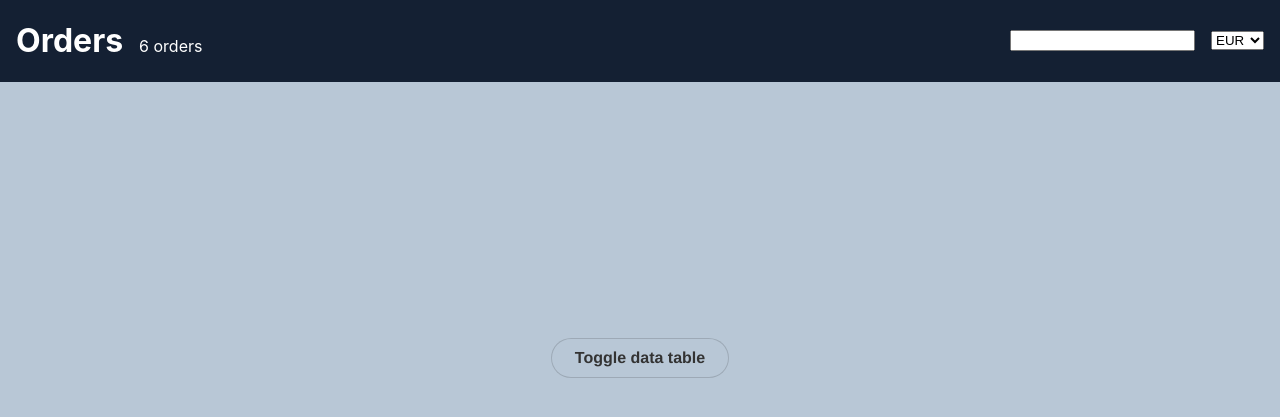
Repository: PreetiToppo/Assignment_Question_1
Page: /
The author's editor kept a copy of each file at every save. The page is drawn from the files as they stood at one save, then again after the next save.
The browser window is 1280 px wide. The pictures show the whole page.
The project was rebuilt for these pictures with package versions that can differ from the ones it lists, and the page was loaded fresh each time. Also part of the build but not shown: src/component/list/ListRow.module.css, src/component/list/ListRow.jsx, src/component/list/ListRowCell.module.css, src/component/list/ListRowCell.jsx, src/component/list/ListHeader.jsx, src/component/list/ListHeaderCell.module.css, src/component/list/ListHeaderCell.jsx, src/component/list/List.module.css and 3 more.

Above is the page before, as saved 2023-08-06 14:52:37.

### src/pages/Dashboard.jsx
import { useState } from "react";

// Data
import mockData from "../assets/data.json";
import timestamps from "../assets/timeStamps.json";

// Components
import Dropdown from "../component/dropdown/Dropdown";
import HeaderTitle from "../component/header-title/HeaderTitle";
import Search from "../component/search/Search";
import List from "../component/list/List";
import StoryBookButton from "../stories/Button";

// Styles
import styles from "./Dashboard.module.css";
import Card from "../component/card/Card";

const Dashboard = () => {
  const [currency, setCurrency] = useState("EUR");
  const [searchText, setSearchText] = useState("");
  const [selectedOrder, setSelectedOrder] = useState(null);
  const [selectedOrderDetails, setSelectedOrderDetails] = useState({});
  const [selectedOrderTimeStamps, setSelectedOrderTimeStamps] = useState({});
  const [showPage, setShowPage] = useState(false);

  const mergedData = mockData.results.map((order, index) => {
    const timestampsData = timestamps.results[index]?.timestamps;
    if (timestampsData) {
      return { ...order, timestamps: timestampsData };
    }
    return order;
  });

  const handleClick = (order) => {
    setSelectedOrder(order);
    setSelectedOrderDetails({
      buySellIndicator: order.executionDetails.buySellIndicator,
      orderStatus: order.executionDetails.orderStatus,
      orderType: order.executionDetails.orderType,
    });

    setSelectedOrderTimeStamps({
      orderReceived: order.timestamps.orderReceived,
      orderStatusUpdated: order.timestamps.orderStatusUpdated,
      orderSubmitted: order.timestamps.orderSubmitted,
    });
  };

  const messageComponent = () => {
    setShowPage(!showPage);
  };

  return (
    <div>
      <div className={styles.header}>
        <HeaderTitle
          primaryTitle="Orders"
          secondaryTitle={`${mockData.results.length}
          orders`}
        />
        <div className={styles.actionBox}>
          <Search
            value={searchText}
            onChange={(e) => setSearchText(e.target.value)}
          />
          <Dropdown
            options={[
              "GBP",
              "USD",
              "JPY",
              "EUR",
              "AUD",
              "BGN",
              "BRL",
              "CAD",
              "CHF",
              "CNY",
              "DKK",
              "HKD",
              "HRK",
              "HUF",
              "IDR",
              "ILS",
              "KRW",
              "MXN",
              "MYR",
              "NOL",
              "NZD",
              "PHP",
              "PLN",
              "RON",
              "SEK",
              "SGD",
              "THB",
              "TRY",
              "ZAR",
            ]}
            onChange={(e) => setCurrency(e.target.value)}
            selectedItem={currency}
          />
        </div>
      </div>
      {showPage ? (
        <div className={styles.content}>
          <div className={styles.section}>
            {selectedOrder && (
              <>
                <Card
                  cardData={selectedOrderDetails}
                  title="Selected Order Details"
                />
                <Card
                  cardData={selectedOrderTimeStamps}
                  title="Selected Order Timestamps"
                />
              </>
            )}
          </div>
          <List
            rows={mergedData}
            currency={currency}
            search={searchText}
            onItemClick={handleClick}
          />
        </div>
      ) : (
        <div className={styles.toggleButton}>
          <StoryBookButton
            primary={false}
            size="large"
            label="Toggle data table"
            onClick={messageComponent}
          />
        </div>
      )}
    </div>
  );
};

export default Dashboard;

### src/assets/data.json
{
  "header": {
    "returnedHits": 6,
    "totalHits": 151839,
    "skippedHits": 0,
    "previousSearchBefore": null,
    "nextSearchAfter": "WzE2Njc1NzU1NjAwMDBd",
    "offset": null
  },
  "results": [
    {
      "&hash": "f29403974dbdc9ce054b879d572610359a9f3d2d2531df63df8233a2ea879c78",
      "&id": "SE|20221104|179|9:1:NEWO",
      "&key": "Order:SE|20221104|179|9:1:NEWO:1667901986951",
      "&model": "Order",
      "executionDetails": {
        "buySellIndicator": "BUYI",
        "orderStatus": "NEWO",
        "orderType": "Market"
      },
      "statsDetails": {
        "avgVsArrivalPrice": 0.0,
        "avgArrivalPrice": 0.0,
        "avgVsMktPrice": 0.0,
        "avgMktPrice": 0.0,
        "avgVsBidAskSpread": 0.0,
        "avgBidAskSpread": 0.0,
        "avgVsClosePrice": 0.0,
        "avgClosePrice": 0.0,
        "avgVsInternalTwap": 0.0,
        "avgInternalTwap": 0.0,
        "avgVsInternalVwap": 0.0,
        "avgInternalVwap": 0.0,
        "avgVsMidPrice": 0.0,
        "avgMidPrice": 0.0,
        "avgVsMovingVwap": 0.0,
        "avgMovingVwap": 0.0,
        "avgVsTouchPrice": 0.0,
        "avgTouchPrice": 0.0,
        "avgVsOpenPrice": 0.0,
        "avgOpenPrice": 0.0,
        "avgVsVwap": 0.0,
        "avgVwap": 0.0,
        "avgPrice": 91.369091993762,
        "tradedQuantity": 195875.0,
        "amends": 0,
        "fills": 1,
        "lifeCycle": 1,
        "lastFillTime": 1667575741000
      },
      "bestExecutionData": {
        "orderVolume": {
          "AUD": 27757268.61955961,
          "BGN": 35456642.91433263,
          "BRL": 90068357.36117567,
          "CAD": 24203990.159998715,
          "CHF": 17880604.819718923,
          "CNY": 128523532.2000561,
          "CZK": 442745747.64998025,
          "DKK": 134913994.73574597,
          "EUR": 18128971.732453536,
          "GBP": 15858861.892115705,
          "HKD": 140486840.6463022,
          "HRK": 136607240.69555715,
          "HUF": 7272437010.473736,
          "IDR": 280850585574.541,
          "ILS": 63569239.379848324,
          "INR": 1468809289.7633855,
          "JPY": 2632145405.834929,
          "KRW": 25338863790.45031,
          "MXN": 349183937.43596077,
          "MYR": 84974116.30435622,
          "NOK": 184949956.71731773,
          "NZD": 30400472.698151335,
          "PHP": 1045534057.7540603,
          "PLN": 84888910.13721369,
          "RON": 88637981.49148509,
          "SEK": 196768233.3897042,
          "SGD": 25182954.633551206,
          "THB": 669067830.7579302,
          "TRY": 333292080.815292,
          "USD": 17896920.89427813,
          "ZAR": 322664877.5857278
        }
      },
      "transactionDetails": {
        "buySellIndicator": "BUYI",
        "priceCurrency": "USD",
        "priceNotation": "MONE",
        "quantityCurrency": "USD",
        "quantityNotation": "UNIT",
        "tradingCapacity": "AOTC",
        "ultimateVenue": "XNGS",
        "venue": "XNGS"
      }
    },
    {
      "&hash": "f29403974dbdc9ce054b879d572610359a9f3d2d2531df63df8233a2ea879c78",
      "&id": "SE|20221104|180|9:1:NEWO",
      "&key": "Order:SE|20221104|180|9:1:NEWO:1667901986951",
      "&model": "Order",
      "executionDetails": {
        "buySellIndicator": "BUYI",
        "orderStatus": "NEWO",
        "orderType": "Market"
      },
      "statsDetails": {
        "avgVsArrivalPrice": 0.0,
        "avgArrivalPrice": 0.0,
        "avgVsMktPrice": 0.0,
        "avgMktPrice": 0.0,
        "avgVsBidAskSpread": 0.0,
        "avgBidAskSpread": 0.0,
        "avgVsClosePrice": 0.0,
        "avgClosePrice": 0.0,
        "avgVsInternalTwap": 0.0,
        "avgInternalTwap": 0.0,
        "avgVsInternalVwap": 0.0,
        "avgInternalVwap": 0.0,
        "avgVsMidPrice": 0.0,
        "avgMidPrice": 0.0,
        "avgVsMovingVwap": 0.0,
        "avgMovingVwap": 0.0,
        "avgVsTouchPrice": 0.0,
        "avgTouchPrice": 0.0,
        "avgVsOpenPrice": 0.0,
        "avgOpenPrice": 0.0,
        "avgVsVwap": 0.0,
        "avgVwap": 0.0,
        "avgPrice": 91.369091993762,
        "tradedQuantity": 195875.0,
        "amends": 0,
        "fills": 1,
        "lifeCycle": 1,
        "lastFillTime": 1667575741000
      },
      "bestExecutionData": {
        "orderVolume": {
          "AUD": 27757268.61955961,
          "BGN": 35456642.91433263,
          "BRL": 90068357.36117567,
          "CAD": 24203990.159998715,
          "CHF": 17880604.819718923,
          "CNY": 128523532.2000561,
          "CZK": 442745747.64998025,
          "DKK": 134913994.73574597,
          "EUR": 18128971.732453536,
          "GBP": 15858861.892115705,
          "HKD": 140486840.6463022,
          "HRK": 136607240.69555715,
          "HUF": 7272437010.473736,
          "IDR": 280850585574.541,
          "ILS": 63569239.379848324,
          "INR": 1468809289.7633855,
          "JPY": 2632145405.834929,
          "KRW": 25338863790.45031,
          "MXN": 349183937.43596077,
          "MYR": 84974116.30435622,
          "NOK": 184949956.71731773,
          "NZD": 30400472.698151335,
          "PHP": 1045534057.7540603,
          "PLN": 84888910.13721369,
          "RON": 88637981.49148509,
          "SEK": 196768233.3897042,
          "SGD": 25182954.633551206,
          "THB": 669067830.7579302,
          "TRY": 333292080.815292,
          "USD": 17896920.89427813,
          "ZAR": 322664877.5857278
        }
      },
      "transactionDetails": {
        "buySellIndicator": "BUYI",
        "priceCurrency": "USD",
        "priceNotation": "MONE",
        "quantityCurrency": "USD",
        "quantityNotation": "UNIT",
        "tradingCapacity": "AOTC",
        "ultimateVenue": "XNGS",
        "venue": "XNGS"
      }
    },
    {
      "&hash": "f29403974dbdc9ce054b879d572610359a9f3d2d2531df63df8233a2ea879c78",
      "&id": "SE|20221104|181|9:1:NEWO",
      "&key": "Order:SE|20221104|181|9:1:NEWO:1667901986951",
      "&model": "Order",
      "executionDetails": {
        "buySellIndicator": "BUYI",
        "orderStatus": "NEWO",
        "orderType": "Market"
      },
      "statsDetails": {
        "avgVsArrivalPrice": 0.0,
        "avgArrivalPrice": 0.0,
        "avgVsMktPrice": 0.0,
        "avgMktPrice": 0.0,
        "avgVsBidAskSpread": 0.0,
        "avgBidAskSpread": 0.0,
        "avgVsClosePrice": 0.0,
        "avgClosePrice": 0.0,
        "avgVsInternalTwap": 0.0,
        "avgInternalTwap": 0.0,
        "avgVsInternalVwap": 0.0,
        "avgInternalVwap": 0.0,
        "avgVsMidPrice": 0.0,
        "avgMidPrice": 0.0,
        "avgVsMovingVwap": 0.0,
        "avgMovingVwap": 0.0,
        "avgVsTouchPrice": 0.0,
        "avgTouchPrice": 0.0,
        "avgVsOpenPrice": 0.0,
        "avgOpenPrice": 0.0,
        "avgVsVwap": 0.0,
        "avgVwap": 0.0,
        "avgPrice": 91.369091993762,
        "tradedQuantity": 195875.0,
        "amends": 0,
        "fills": 1,
        "lifeCycle": 1,
        "lastFillTime": 1667575741000
      },
      "bestExecutionData": {
        "orderVolume": {
          "AUD": 27757268.61955961,
          "BGN": 35456642.91433263,
          "BRL": 90068357.36117567,
          "CAD": 24203990.159998715,
          "CHF": 17880604.819718923,
          "CNY": 128523532.2000561,
          "CZK": 442745747.64998025,
          "DKK": 134913994.73574597,
          "EUR": 18128971.732453536,
          "GBP": 15858861.892115705,
          "HKD": 140486840.6463022,
          "HRK": 136607240.69555715,
          "HUF": 7272437010.473736,
          "IDR": 280850585574.541,
          "ILS": 63569239.379848324,
          "INR": 1468809289.7633855,
          "JPY": 2632145405.834929,
          "KRW": 25338863790.45031,
          "MXN": 349183937.43596077,
          "MYR": 84974116.30435622,
          "NOK": 184949956.71731773,
          "NZD": 30400472.698151335,
          "PHP": 1045534057.7540603,
          "PLN": 84888910.13721369,
          "RON": 88637981.49148509,
          "SEK": 196768233.3897042,
          "SGD": 25182954.633551206,
          "THB": 669067830.7579302,
          "TRY": 333292080.815292,
          "USD": 17896920.89427813,
          "ZAR": 322664877.5857278
        }
      },
      "transactionDetails": {
        "buySellIndicator": "BUYI",
        "priceCurrency": "USD",
        "priceNotation": "MONE",
        "quantityCurrency": "USD",
        "quantityNotation": "UNIT",
        "tradingCapacity": "AOTC",
        "ultimateVenue": "XNGS",
        "venue": "XNGS"
      }
    },
    {
      "&hash": "f29403974dbdc9ce054b879d572610359a9f3d2d2531df63df8233a2ea879c78",
      "&id": "SE|20221104|182|9:1:NEWO",
      "&key": "Order:SE|20221104|182|9:1:NEWO:1667901986951",
      "&model": "Order",
      "executionDetails": {
        "buySellIndicator": "BUYI",
        "orderStatus": "NEWO",
        "orderType": "Market"
      },
      "statsDetails": {
        "avgVsArrivalPrice": 0.0,
        "avgArrivalPrice": 0.0,
        "avgVsMktPrice": 0.0,
        "avgMktPrice": 0.0,
        "avgVsBidAskSpread": 0.0,
        "avgBidAskSpread": 0.0,
        "avgVsClosePrice": 0.0,
        "avgClosePrice": 0.0,
        "avgVsInternalTwap": 0.0,
        "avgInternalTwap": 0.0,
        "avgVsInternalVwap": 0.0,
        "avgInternalVwap": 0.0,
        "avgVsMidPrice": 0.0,
        "avgMidPrice": 0.0,
        "avgVsMovingVwap": 0.0,
        "avgMovingVwap": 0.0,
        "avgVsTouchPrice": 0.0,
        "avgTouchPrice": 0.0,
        "avgVsOpenPrice": 0.0,
        "avgOpenPrice": 0.0,
        "avgVsVwap": 0.0,
        "avgVwap": 0.0,
        "avgPrice": 91.369091993762,
        "tradedQuantity": 195875.0,
        "amends": 0,
        "fills": 1,
        "lifeCycle": 1,
        "lastFillTime": 1667575741000
      },
      "bestExecutionData": {
        "orderVolume": {
          "AUD": 27757268.61955961,
          "BGN": 35456642.91433263,
          "BRL": 90068357.36117567,
          "CAD": 24203990.159998715,
          "CHF": 17880604.819718923,
          "CNY": 128523532.2000561,
          "CZK": 442745747.64998025,
          "DKK": 134913994.73574597,
          "EUR": 18128971.732453536,
          "GBP": 15858861.892115705,
          "HKD": 140486840.6463022,
          "HRK": 136607240.69555715,
          "HUF": 7272437010.473736,
          "IDR": 280850585574.541,
          "ILS": 63569239.379848324,
          "INR": 1468809289.7633855,
          "JPY": 2632145405.834929,
          "KRW": 25338863790.45031,
          "MXN": 349183937.43596077,
          "MYR": 84974116.30435622,
          "NOK": 184949956.71731773,
          "NZD": 30400472.698151335,
          "PHP": 1045534057.7540603,
          "PLN": 84888910.13721369,
          "RON": 88637981.49148509,
          "SEK": 196768233.3897042,
          "SGD": 25182954.633551206,
          "THB": 669067830.7579302,
          "TRY": 333292080.815292,
          "USD": 17896920.89427813,
          "ZAR": 322664877.5857278
        }
      },
      "transactionDetails": {
        "buySellIndicator": "BUYI",
        "priceCurrency": "USD",
        "priceNotation": "MONE",
        "quantityCurrency": "USD",
        "quantityNotation": "UNIT",
        "tradingCapacity": "AOTC",
        "ultimateVenue": "XNGS",
        "venue": "XNGS"
      }
    },
    {
      "&hash": "f29403974dbdc9ce054b879d572610359a9f3d2d2531df63df8233a2ea879c78",
      "&id": "SE|20221104|183|9:1:NEWO",
      "&key": "Order:SE|20221104|183|9:1:NEWO:1667901986951",
      "&model": "Order",
      "executionDetails": {
        "buySellIndicator": "BUYI",
        "orderStatus": "NEWO",
        "orderType": "Market"
      },
      "statsDetails": {
        "avgVsArrivalPrice": 0.0,
        "avgArrivalPrice": 0.0,
        "avgVsMktPrice": 0.0,
        "avgMktPrice": 0.0,
        "avgVsBidAskSpread": 0.0,
        "avgBidAskSpread": 0.0,
        "avgVsClosePrice": 0.0,
        "avgClosePrice": 0.0,
        "avgVsInternalTwap": 0.0,
        "avgInternalTwap": 0.0,
        "avgVsInternalVwap": 0.0,
        "avgInternalVwap": 0.0,
        "avgVsMidPrice": 0.0,
        "avgMidPrice": 0.0,
        "avgVsMovingVwap": 0.0,
        "avgMovingVwap": 0.0,
        "avgVsTouchPrice": 0.0,
        "avgTouchPrice": 0.0,
        "avgVsOpenPrice": 0.0,
        "avgOpenPrice": 0.0,
        "avgVsVwap": 0.0,
        "avgVwap": 0.0,
        "avgPrice": 91.369091993762,
        "tradedQuantity": 195875.0,
        "amends": 0,
        "fills": 1,
        "lifeCycle": 1,
        "lastFillTime": 1667575741000
      },
      "bestExecutionData": {
        "orderVolume": {
          "AUD": 27757268.61955961,
          "BGN": 35456642.91433263,
          "BRL": 90068357.36117567,
          "CAD": 24203990.159998715,
          "CHF": 17880604.819718923,
          "CNY": 128523532.2000561,
          "CZK": 442745747.64998025,
          "DKK": 134913994.73574597,
          "EUR": 18128971.732453536,
          "GBP": 15858861.892115705,
          "HKD": 140486840.6463022,
          "HRK": 136607240.69555715,
          "HUF": 7272437010.473736,
          "IDR": 280850585574.541,
          "ILS": 63569239.379848324,
          "INR": 1468809289.7633855,
          "JPY": 2632145405.834929,
          "KRW": 25338863790.45031,
          "MXN": 349183937.43596077,
          "MYR": 84974116.30435622,
          "NOK": 184949956.71731773,
          "NZD": 30400472.698151335,
          "PHP": 1045534057.7540603,
          "PLN": 84888910.13721369,
          "RON": 88637981.49148509,
          "SEK": 196768233.3897042,
          "SGD": 25182954.633551206,
          "THB": 669067830.7579302,
          "TRY": 333292080.815292,
          "USD": 17896920.89427813,
          "ZAR": 322664877.5857278
        }
      },
      "transactionDetails": {
        "buySellIndicator": "BUYI",
        "priceCurrency": "USD",
        "priceNotation": "MONE",
        "quantityCurrency": "USD",
        "quantityNotation": "UNIT",
        "tradingCapacity": "AOTC",
        "ultimateVenue": "XNGS",
        "venue": "XNGS"
      }
    },
    {
      "&hash": "f29403974dbdc9ce054b879d572610359a9f3d2d2531df63df8233a2ea879c78",
      "&id": "SE|202211454|184|9:1:NEWO",
      "&key": "Order:SE|20221104|184|9:1:NEWO:1667901986951",
      "&model": "Order",
      "executionDetails": {
        "buySellIndicator": "SELL",
        "orderStatus": "NEWO",
        "orderType": "Market"
      },
      "statsDetails": {
        "avgVsArrivalPrice": 0.0,
        "avgArrivalPrice": 0.0,
        "avgVsMktPrice": 0.0,
        "avgMktPrice": 0.0,
        "avgVsBidAskSpread": 0.0,
        "avgBidAskSpread": 0.0,
        "avgVsClosePrice": 0.0,
        "avgClosePrice": 0.0,
        "avgVsInternalTwap": 0.0,
        "avgInternalTwap": 0.0,
        "avgVsInternalVwap": 0.0,
        "avgInternalVwap": 0.0,
        "avgVsMidPrice": 0.0,
        "avgMidPrice": 0.0,
        "avgVsMovingVwap": 0.0,
        "avgMovingVwap": 0.0,
        "avgVsTouchPrice": 0.0,
        "avgTouchPrice": 0.0,
        "avgVsOpenPrice": 0.0,
        "avgOpenPrice": 0.0,
        "avgVsVwap": 0.0,
        "avgVwap": 0.0,
        "avgPrice": 91.369091993762,
        "tradedQuantity": 195875.0,
        "amends": 0,
        "fills": 1,
        "lifeCycle": 1,
        "lastFillTime": 1667575741000
      },
      "bestExecutionData": {
        "orderVolume": {
          "AUD": 27757268.61955961,
          "BGN": 35456642.91433263,
          "BRL": 90068357.36117567,
          "CAD": 24203990.159998715,
          "CHF": 17880604.819718923,
          "CNY": 128523532.2000561,
          "CZK": 442745747.64998025,
          "DKK": 134913994.73574597,
          "EUR": 18128971.732453536,
          "GBP": 15858861.892115705,
          "HKD": 140486840.6463022,
          "HRK": 136607240.69555715,
          "HUF": 7272437010.473736,
          "IDR": 280850585574.541,
          "ILS": 63569239.379848324,
          "INR": 1468809289.7633855,
          "JPY": 2632145405.834929,
          "KRW": 25338863790.45031,
          "MXN": 349183937.43596077,
          "MYR": 84974116.30435622,
          "NOK": 184949956.71731773,
          "NZD": 30400472.698151335,
          "PHP": 1045534057.7540603,
          "PLN": 84888910.13721369,
          "RON": 88637981.49148509,
          "SEK": 196768233.3897042,
          "SGD": 25182954.633551206,
          "THB": 669067830.7579302,
          "TRY": 333292080.815292,
          "USD": 17896920.89427813,
          "ZAR": 322664877.5857278
        }
      },
      "transactionDetails": {
        "buySellIndicator": "BUYI",
        "priceCurrency": "USD",
        "priceNotation": "MONE",
        "quantityCurrency": "USD",
        "quantityNotation": "UNIT",
        "tradingCapacity": "AOTC",
        "ultimateVenue": "XNGS",
        "venue": "XNGS"
      }
    }
  ]
}

### src/assets/timeStamps.json
{
  "results": [
    {
      "&id": "SE|20221104|179|9:1:NEWO",
      "timestamps": {
        "orderReceived": "2022-11-04T15:29:00Z",
        "orderStatusUpdated": "2022-11-04T15:29:00Z",
        "orderSubmitted": "2022-11-04T15:29:00Z"
      }
    },
    {
      "&id": "SE|20221104|180|9:1:NEWO",
      "timestamps": {
        "orderReceived": "2022-11-04T15:29:00Z",
        "orderStatusUpdated": "2022-11-04T15:29:00Z",
        "orderSubmitted": "2022-11-04T15:29:00Z"
      }
    },
    {
      "&id": "SE|20221104|181|9:1:NEWO",
      "timestamps": {
        "orderReceived": "2022-11-04T15:29:00Z",
        "orderStatusUpdated": "2022-11-04T15:29:00Z",
        "orderSubmitted": "2022-11-04T15:29:00Z"
      }
    },
    {
      "&id": "SE|20221104|182|9:1:NEWO",
      "timestamps": {
        "orderReceived": "2022-11-04T15:29:00Z",
        "orderStatusUpdated": "2022-11-04T15:29:00Z",
        "orderSubmitted": "2022-11-04T15:29:00Z"
      }
    },
    {
      "&id": "SE|20221104|183|9:1:NEWO",
      "timestamps": {
        "orderReceived": "2022-11-04T15:29:00Z",
        "orderStatusUpdated": "2022-11-04T15:29:00Z",
        "orderSubmitted": "2022-11-04T15:29:00Z"
      }
    },
    {
      "&id": "SE|202211454|184|9:1:NEWO",
      "timestamps": {
        "orderReceived": "2022-11-04T15:29:00Z",
        "orderStatusUpdated": "2022-11-04T15:29:00Z",
        "orderSubmitted": "2022-11-04T15:29:00Z"
      }
    }
  ]
}

### src/component/dropdown/Dropdown.jsx
const Dropdown = ({ options, onChange, selectedItem }) => {
  return (
    <select
      name="currency"
      id="currency"
      value={selectedItem}
      onChange={onChange}
    >
      {options.map((option) => (
        <option value={option} key={option}>
          {option}
        </option>
      ))}
    </select>
  );
};

export default Dropdown;

### src/component/search/Search.jsx
const Search = ({ searchText, onChange }) => {
  return <input type="text" value={searchText} onChange={onChange} />
}

export default Search

### src/stories/Button.jsx
import React from "react";
import PropTypes from "prop-types";
import "./button.css";

/**
 * Primary UI component for user interaction
 */
export const Button = ({ primary, backgroundColor, size, label, ...props }) => {
  const mode = primary
    ? "storybook-button--primary"
    : "storybook-button--secondary";
  return (
    <button
      type="button"
      className={["storybook-button", `storybook-button--${size}`, mode].join(
        " "
      )}
      style={backgroundColor && { backgroundColor }}
      {...props}
    >
      {label}
    </button>
  );
};

Button.propTypes = {
  /**
   * Is this the principal call to action on the page?
   */
  primary: PropTypes.bool,
  /**
   * What background color to use
   */
  backgroundColor: PropTypes.string,
  /**
   * How large should the button be?
   */
  size: PropTypes.oneOf(["small", "medium", "large"]),
  /**
   * Button contents
   */
  label: PropTypes.string.isRequired,
  /**
   * Optional click handler
   */
  onClick: PropTypes.func,
};

Button.defaultProps = {
  backgroundColor: null,
  primary: false,
  size: "medium",
  onClick: undefined,
};

export default Button;

### src/pages/Dashboard.module.css
.header {
  display: flex;
  padding: 0 1em;
  background-color: #142033;
  color: white;
  justify-content: space-between;
}

.actionBox {
  display: flex;
  justify-content: center;
  align-items: center;
  gap: 1em;
}

.content {
  display: flex;
  flex-direction: column;
  background-color: rgb(184, 199, 214);
  gap: 1em;
  margin: 1em;
}

.section {
  display: flex;
  flex-direction: row;
  gap: 1em;
}

.toggleButton {
  display: flex;
  margin-top: 20%;
  justify-content: center;
  align-items: center;
}

### src/stories/button.css
.storybook-button {
  font-family: "Nunito Sans", "Helvetica Neue", Helvetica, Arial, sans-serif;
  font-weight: 700;
  border: 0;
  border-radius: 3em;
  cursor: pointer;
  display: inline-block;
  line-height: 1;
}
.storybook-button--primary {
  color: white;
  background-color: #142033;
}
.storybook-button--secondary {
  color: #333;
  background-color: transparent;
  box-shadow: rgba(0, 0, 0, 0.15) 0px 0px 0px 1px inset;
}
.storybook-button--small {
  font-size: 12px;
  padding: 10px 16px;
}
.storybook-button--medium {
  font-size: 14px;
  padding: 11px 20px;
}
.storybook-button--large {
  font-size: 16px;
  padding: 12px 24px;
}

Loaded but not shown: public/index.html (common file); src/index.js (common file); src/App.js (common file); src/reportWebVitals.js (common file); src/index.css (common file); src/component/header-title/HeaderTitle.jsx (common file); src/component/header-title/HeaderTitle.module.css (common file)

After the next save:
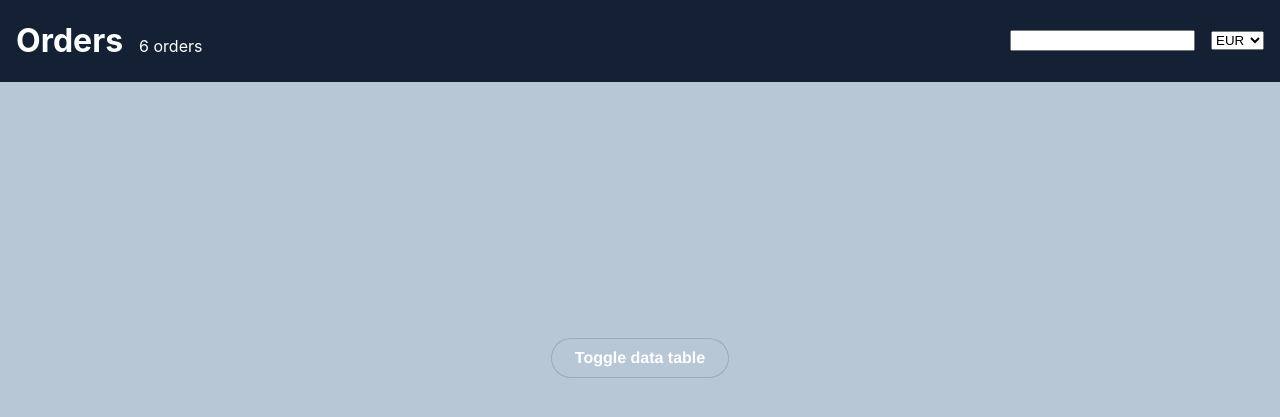
Saved 20 s later.
--- a/src/stories/button.css
+++ b/src/stories/button.css
@@ -12,7 +12,7 @@
   background-color: #142033;
 }
 .storybook-button--secondary {
-  color: #333;
+  color: white;
   background-color: transparent;
   box-shadow: rgba(0, 0, 0, 0.15) 0px 0px 0px 1px inset;
 }
